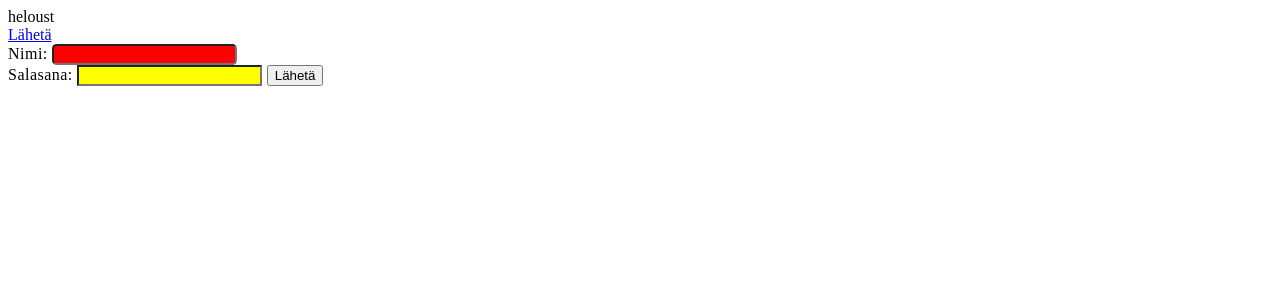
Repository: sirkian/ohj2-t4
Page: http://localhost/Kommunikaatio/
An editor plug-in stored every save of this project. The page is shown before and after the next save, followed by the edit.
The browser window is 1280 px wide. The pictures show the whole page.
The page is served by Tomcat 9.

Above is the page before, as saved 2022-03-19 14:04:14.

### Kommunikaatio/src/main/webapp/index.jsp
<%@ page language="java" contentType="text/html; charset=ISO-8859-1"
    pageEncoding="ISO-8859-1"%>
<!DOCTYPE html>
<html>
<head>
<meta charset="ISO-8859-1">
<title>Insert title here</title>
<style>
body {
	display: flex;
	flex-direction: column;
}
.nimi {
	background: red;
	right: 5em;
	border-radius:0.35em;
}
.pw {
	background: yellow;
}
form {
	letter-spacing: 0.03em;
}
</style>
</head>
<body>
heloust
<a href="toka.jsp?nimi=jaska&ika=10">Lähetä</a>
<form action="kolmas.jsp" method="POST">
	Nimi: <input class="nimi" type="text" name="nimi"><br>
	Salasana: <input class="pw" type="password" name="pwd">
	<input type="submit" value="Lähetä">
</form>
</body>
</html>

After the next save:
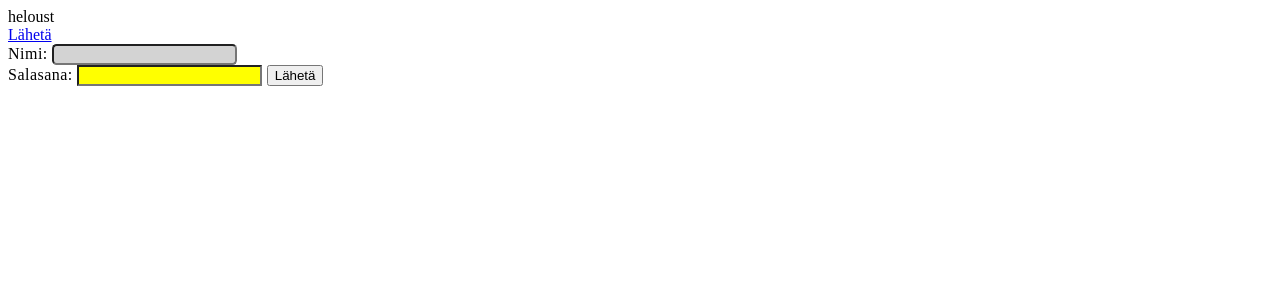
Saved 18 s later.
--- a/Kommunikaatio/src/main/webapp/index.jsp
+++ b/Kommunikaatio/src/main/webapp/index.jsp
@@ -11,7 +11,7 @@ body {
 	flex-direction: column;
 }
 .nimi {
-	background: red;
+	background: lightgrey;
 	right: 5em;
 	border-radius:0.35em;
 }
